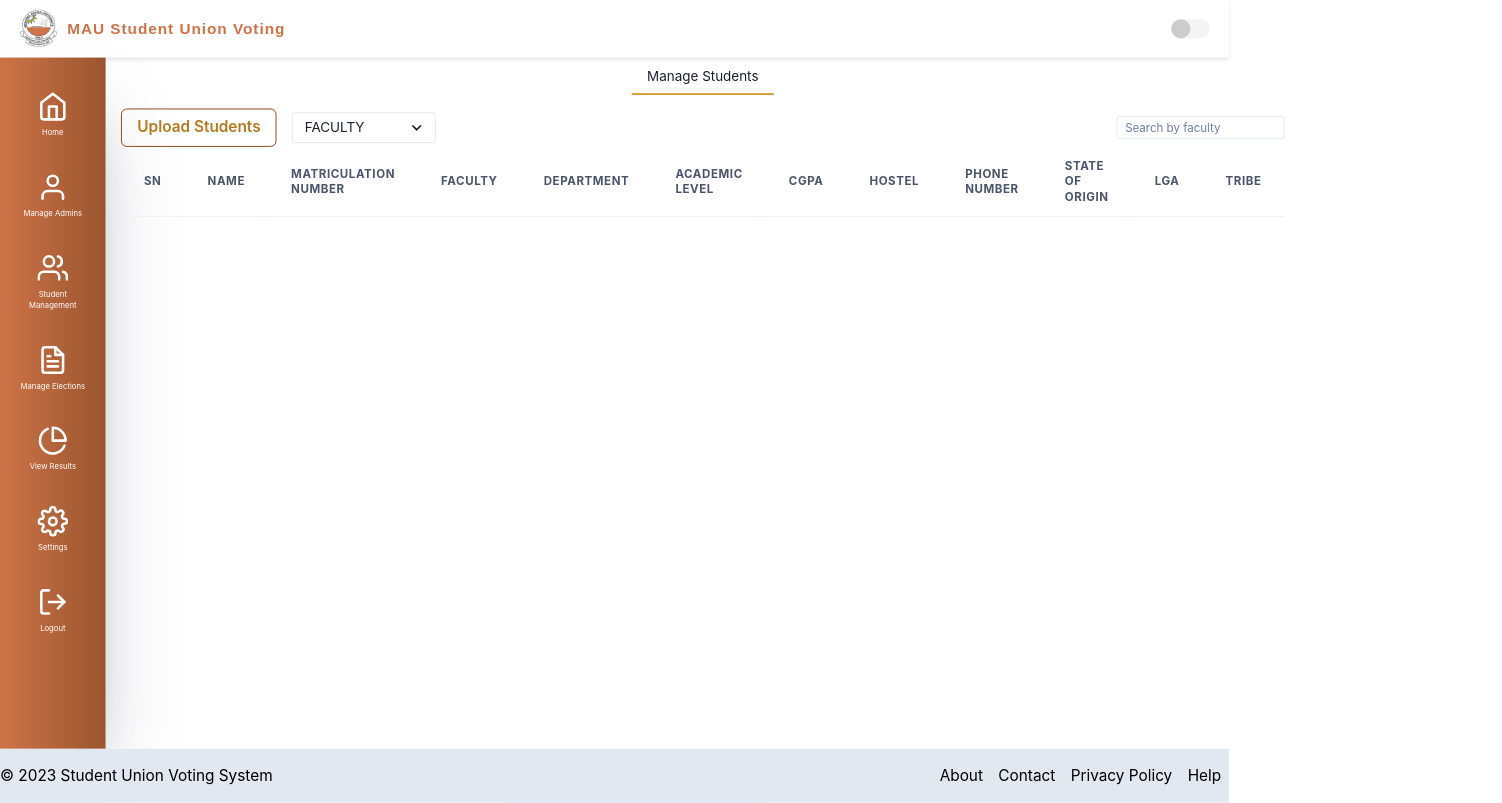
Repository: joena1o/e-vote
Page: /admin-dashboard/student-management
These files come from the project's save history. The page is drawn as it stood at one moment and after the next save; the edit follows.
The browser window is 1280 px wide. The page is 1354 px wide, then 1565 px, so the pictures cover 1565 px, including what lies to the right of the window. The pictures show the whole page, at 96% of full size.
The project was rebuilt for these pictures with package versions that can differ from the ones it lists, and the page was loaded fresh each time. Also part of the build but not shown: src/components/EnhancedLogin.js, src/components/maincontent/RegisterStudents/RegisterStudents.js, src/components/maincontent/ElectionResults/ViewResults.js, src/components/maincontent/ElectionResults/report.js, src/components/maincontent/ElectionResults/ViewElectionResults.js, src/components/maincontent/Settings/Settings.js, src/api/index.js, src/components/maincontent/home/Home.styles.js and 21 more.

Above is the page before, as saved 2023-12-13 12:55:53.

### src/index.js
import React from 'react';
import ReactDOM from 'react-dom/client';
import './index.css';
import App from './App';
import reportWebVitals from './reportWebVitals';
import Modal from 'react-modal';

// Set the app element for the modal for accessibility purposes
Modal.setAppElement('#root');

const root = ReactDOM.createRoot(document.getElementById('root'));
root.render(
  <React.StrictMode>
    <App />
  </React.StrictMode>
);

// If you want to start measuring performance in your app, pass a function
// to log results (for example: reportWebVitals(console.log))
// or send to an analytics endpoint. Learn more: https://bit.ly/CRA-vitals
reportWebVitals();

### src/App.js
import React from 'react';
import { BrowserRouter as Router, Routes, Route, Navigate } from 'react-router-dom';
import EnhancedLogin from './components/EnhancedLogin';
import AdminDashboard from './components/AdminDashboard';
import StudentDashboard from './components/StudentDashboard';
import { ChakraProvider, ColorModeProvider, Button, useColorMode } from '@chakra-ui/react';
import { Provider } from 'react-redux';
import store from './Redux/store';
import ElectionCommitteeDashboard from './components/maincontent/ElectionCommitteeDashboard';


// Component to toggle dark mode
function DarkModeToggle() {
  const { colorMode, toggleColorMode } = useColorMode();
  return (
    <Button onClick={toggleColorMode} position="fixed" m={4} zIndex={10}>
      Toggle {colorMode === 'light' ? 'Dark' : 'Light'}
    </Button>
  );
}

function App() {
  // Check if the current route is not the "/login" route, then render the DarkModeToggle
  // const isLoginPage = window.location.pathname === '/login';

  return (
    <Provider store={store}>
      <ChakraProvider>
        <ColorModeProvider options={{ useSystemColorMode: true }}>
          <Router>
            <Routes>
              {/* Define your routes */}
              <Route path="/login" element={<EnhancedLogin />} />
              <Route path="/admin-dashboard/*" element={<AdminDashboard />} />
              <Route path="/ElectionCommittee-dashboard/*" element={<ElectionCommitteeDashboard />} />
              <Route path='/student-dashboard/*' element={<StudentDashboard />} />
              {/* Redirect root to /admin-dashboard */}
              <Route path="/" element={<Navigate to="/admin-dashboard" replace />} />
            </Routes>
          </Router>
          {/* Render DarkModeToggle only if not on the "/login" page */}
          {/* {!isLoginPage && <DarkModeToggle />} */}
        </ColorModeProvider>
      </ChakraProvider>
    </Provider>
  );
}

export default App;

### src/components/AdminDashboard.js
// AdminDashboard.js
import React from 'react';
import { Routes, Route } from 'react-router-dom';
import StudentManagement from './maincontent/RegisterStudents/StudentManagement';
import ViewResults from './maincontent/ElectionResults/ViewElectionResults';
import Settings from './maincontent/Settings/Settings';
import Home from './maincontent/home/Home';
import ManageAdmin from './maincontent/ManageAdmins/ManageAdmins';
import ManageElections from './maincontent/ManageElections/ManageElections';
import Sidebar from './Sidebar';
import Navbar from './Navbar';
import Footer from './Footer';// Import the Footer component
import styled from 'styled-components';
import ElectionVotesLog from './maincontent/ElectionResults/report';


const Container = styled.div`
  display: flex;
  flex-direction: column;
  height: 100vh;
  width: 100%;
`;

const Content = styled.div`
  display: flex;
  flex: 1;
`;

const AdminDashboard = () => {
  return (
    <Container>
      <Navbar />
      <Content>
        <Sidebar />
        <Routes>
          <Route index element={<Home />} />
          <Route path="student-management" element={<StudentManagement />} />
          <Route path="view-results" element={<ViewResults />} />
          <Route path="settings" element={<Settings />} />
          <Route path="manage-admin" element={<ManageAdmin />} />
          <Route path="manage-elections" element={<ManageElections />} />
          <Route path="election-Results" element={<ElectionVotesLog />} />
        </Routes>
      </Content>
      <Footer />
    </Container>
  );
};

export default AdminDashboard;

### src/Redux/store.js
import { configureStore } from '@reduxjs/toolkit';
import electionReducer from './electionSlice';
import studentsReducer from './studentsSlice';
import candidatesReducer from './CandidateSlice'; // Import the candidates reducer

const store = configureStore({
  reducer: {
    elections: electionReducer,
    students: studentsReducer,
    candidates: candidatesReducer, // Add the candidates reducer here
  },
});

export default store;

### src/components/maincontent/RegisterStudents/StudentManagement.js
import React, { useState } from 'react';
import { Tabs, TabList, TabPanels, Tab, TabPanel, Box, Flex, Heading } from '@chakra-ui/react';
import ManageStudents from './ManageStudents';
import RegisterStudents from './RegisterStudents';

const StudentManagement = () => {
  const [activeTab, setActiveTab] = useState(0);

  const handleTabChange = (index) => {
    setActiveTab(index);
  };

  return (
    <Flex direction="column" align="center" w="100%" h="100vh"> {/* Set height to 100vh for full screen */}

      <Box w="100%" maxW="100%">
        <Tabs index={activeTab} onChange={handleTabChange} isLazy>
          <TabList display="flex" justifyContent="center" mx="auto" borderBottom="none">
            <Tab fontSize="sm" px={4} py={2} _selected={{ borderBottom: '2px solid', borderColor: 'yellow.500' }}>
              Manage Students
            </Tab>

          </TabList>
          <TabPanels>
            <TabPanel>
              <ManageStudents />
            </TabPanel>

          </TabPanels>
        </Tabs>
      </Box>
    </Flex>
  );
};

export default StudentManagement;

### src/components/Navbar.js
import React from 'react';
import styled, { createGlobalStyle } from 'styled-components';
import logo from '../assets/school_logo.jpg';
import { useColorMode } from '@chakra-ui/react';

const GlobalStyle = createGlobalStyle`
  body {
    background-color: ${props => (props.theme === 'dark' ? '#333' : '#fff')};
    color: ${props => (props.theme === 'dark' ? '#fff' : '#000')}; // Set other component texts to black in light mode
  }
`;

const Header = styled.header`
  background: ${props => (props.theme === 'dark' ? '#333' : '#fff')};
  color: ${props => (props.theme === 'dark' ? '#fff' : '#ce7348')}; // Set navbar text to brown in light mode
  padding: 10px 20px;
  display: flex;
  align-items: center;
  justify-content: flex-start;
  box-shadow: 0px 2px 4px rgba(0, 0, 0, 0.1);
  font-family: 'Poppins', sans-serif;
`;


const Logo = styled.img`
  width: 40px;
  height: 40px;
  border-radius: 20px;
  margin-right: 10px;
`;

const Title = styled.h1`
  margin: 0;
  padding: 0;
  font-size: 1rem;
  font-weight: 600;
  letter-spacing: 1px;
`;

const ToggleSlider = styled.label`
  display: flex;
  align-items: center;
  cursor: pointer;
  margin-left: auto;
`;

const SliderInput = styled.input.attrs({ type: 'checkbox' })`
  display: none;
`;

const Slider = styled.div`
  width: 40px;
  height: 20px;
  background-color: ${props => (props.theme === 'dark' ? '#333' : '#f4f4f4')};
  border-radius: 20px;
  position: relative;
  transition: background-color 0.3s ease;
  cursor: pointer;

  &::after {
    content: '';
    width: 20px;
    height: 20px;
    border-radius: 50%;
    background-color: ${props => (props.theme === 'dark' ? '#fff' : '#ccc')};
    position: absolute;
    top: 50%;
    transform: translateY(-50%);
    left: ${props => (props.theme === 'dark' ? '20px' : '0')};
    transition: left 0.3s ease;
  }
`;

function Navbar() {
  const { colorMode, toggleColorMode } = useColorMode();

  return (
    <>
      <GlobalStyle theme={colorMode} />
      <Header theme={colorMode}>
        <Logo src={logo} alt="University Logo" />
        <Title>MAU Student Union Voting</Title>
        <ToggleSlider>
          <SliderInput type="checkbox" onChange={toggleColorMode} />
          <Slider theme={colorMode} />
        </ToggleSlider>
      </Header>
    </>
  );
}

export default Navbar;

### src/components/Footer.js
import React from 'react';
import { Box, Flex, Text, Link } from '@chakra-ui/react';

const Footer = ({ colorMode }) => {
  const handleDownloadDocumentation = () => {

    const pdfUrl = '/path/to/your/documentation.pdf';

    //  anchor element that triggers  download
    const link = document.createElement('a');
    link.href = pdfUrl;
    link.download = 'documentation.pdf';
    link.click();
  };

    return (
      <Box as="footer" mt="auto" py={4} bg={colorMode === 'dark' ? 'gray.800' : 'gray.200'} color={colorMode === 'dark' ? 'white' : 'black'}>
        <Flex justify="space-between" align="center">
          <Text>&copy; 2023 Student Union Voting System</Text>
          <Flex>
            <Link mx={2} href="#about">
              About
            </Link>
            <Link mx={2} href="#contact">
              Contact
            </Link>
            <Link mx={2} href="#privacy">
              Privacy Policy
            </Link>
            <Link mx={2} onClick={handleDownloadDocumentation}>
              Help
            </Link>
          </Flex>
        </Flex>
      </Box>
    );
  };

  export default Footer;

### src/Redux/electionSlice.js
/*import { createSlice, createAsyncThunk } from '@reduxjs/toolkit';
import { API, graphqlOperation } from 'aws-amplify';
import { createElection as createElectionAPI } from '../graphql/mutations';

export const createElection = createAsyncThunk(
  'elections/createElection',
  async (election, { rejectWithValue }) => {
    try {
      const result = await API.graphql(graphqlOperation(createElectionAPI, { input: election }));
      return result.data.createElection;
    } catch (error) {
      return rejectWithValue(error);
    }
  }
);

const electionSlice = createSlice({
  name: 'elections',
  initialState: [],
  reducers: {},
  extraReducers: (builder) => {
    builder.addCase(createElection.fulfilled, (state, action) => {
      state.push(action.payload);
    });
  },
});

export default electionSlice.reducer;
*/

### src/Redux/studentsSlice.js
import { createSlice } from '@reduxjs/toolkit';

export const studentsSlice = createSlice({
  name: 'students',
  initialState: [],
  reducers: {
    addStudents: (state, action) => {
      // Add students to the Redux store
      action.payload.forEach(student => {
        state.push(student);
      });
    },
  },
});

export const { addStudents } = studentsSlice.actions;

export default studentsSlice.reducer;

### src/Redux/CandidateSlice.js

import { createSlice } from '@reduxjs/toolkit';

export const candidatesSlice = createSlice({
  name: 'candidates',
  initialState: [],
  reducers: {
    setCandidates: (state, action) => {
      return action.payload;
    },
  },
});

export const { setCandidates } = candidatesSlice.actions;
export default candidatesSlice.reducer;

### src/components/maincontent/RegisterStudents/ManageStudents.js
import React, { useEffect, useState } from 'react';
import { API } from 'aws-amplify';
import {
  Box,
  Table,
  Thead,
  Tbody,
  Tr,
  Th,
  Td,
  Input,
  useColorMode,
  Modal,
  ModalOverlay,
  ModalContent,
  ModalHeader,
  ModalFooter,
  ModalBody,
  ModalCloseButton,
  VStack,
  HStack,
  Button,
  ChakraProvider,
  SimpleGrid,
  Flex,
  Select,
} from '@chakra-ui/react';
import { FiEye } from 'react-icons/fi';
import { toast } from 'react-toastify';
import 'react-toastify/dist/ReactToastify.css';

const ManageStudents = () => {
  const [students, setStudents] = useState([]);
  const [filteredStudents, setFilteredStudents] = useState([]);
  const [searchTerm, setSearchTerm] = useState('');
  const [sortField, setSortField] = useState(null);
  const [isModalOpen, setIsModalOpen] = useState(false);
  const [selectedFile, setSelectedFile] = useState(null);
  const [currentPage, setCurrentPage] = useState(1);
  const [studentsPerPage] = useState(5);
  const [selectedFilterField, setSelectedFilterField] = useState('FACULTY');
  const [columnFilters, setColumnFilters] = useState({});

  const { colorMode } = useColorMode();

  const mockStudents = [
    // ... (your mock data)
  ];

  const handleFileSelect = (e) => {
    const file = e.target.files[0];
    setSelectedFile(file);
  };

  const handleUpload = () => {
    if (!selectedFile) {
      toast.error('Please select a file before uploading.');
      return;
    }

    // Your file upload logic here

    toast.info('Students registered successfully!', { autoClose: 3000 });
  };

  useEffect(() => {
    const fetchStudents = async () => {
      try {
        // Replace 'yourApiName' and '/path-to-your-endpoint' with your actual API information
        const apiData = await API.get('yourApiName', '/path-to-your-endpoint');
        setStudents(apiData.students);
        setFilteredStudents(apiData.students);
      } catch (error) {
        console.error('Error fetching students:', error);
        toast.error('Failed to fetch students. Please try again.');
      }
    };

    // Uncomment the line below to fetch real data from the API
    // fetchStudents();

    setStudents(mockStudents);
    setFilteredStudents(mockStudents);
  }, []);

  useEffect(() => {
    const results = students.filter((student) =>
      Object.values(student).some((value) =>
        value.toString().toLowerCase().includes(searchTerm.toLowerCase())
      )
    );
    if (!results.length) {
      toast.info('No students found.');
    }
    setFilteredStudents(results);
  }, [searchTerm, students]);

  const handleSort = (field) => {
    const sorted = [...filteredStudents].sort((a, b) =>
      a[field].toString().toLowerCase() > b[field].toString().toLowerCase() ? 1 : -1
    );
    setFilteredStudents(sorted);
    setSortField(field);
    toast.info(`Sorted by ${field}.`);
  };

  const openModal = () => {
    setIsModalOpen(true);
  };

  const closeModal = () => {
    setIsModalOpen(false);
  };

  const indexOfLastStudent = currentPage * studentsPerPage;
  const indexOfFirstStudent = indexOfLastStudent - studentsPerPage;
  const currentStudents = filteredStudents.slice(indexOfFirstStudent, indexOfLastStudent);

  const paginate = (pageNumber) => setCurrentPage(pageNumber);

  const filterStudentsByFilter = () => {
    let result = [...filteredStudents];

    if (selectedFilterField !== 'All' && columnFilters[selectedFilterField]) {
      result = result.filter((student) =>
        student[selectedFilterField]
          .toLowerCase()
          .includes(columnFilters[selectedFilterField].toLowerCase())
      );
    }

    return result;
  };

  const handleFilterFieldSelect = (field) => {
    setSelectedFilterField(field);
  };

  return (
    <ChakraProvider>
      <Box>
        <HStack spacing={2} align="center" w="100">
          <Input
            type="file"
            accept=".csv"
            display="none"
            onChange={handleFileSelect}
            id="file-upload-input"
          />
          <label htmlFor="file-upload-input">
            <Button
              as="span"
              colorScheme="yellow"
              variant="ghost"
              border="1px solid #8B4513"
              onClick={handleUpload}
              cursor="pointer"
            >
              Upload Students
            </Button>
          </label>

          {/* Filter Dropdown by Field */}
          <Select
            placeholder="Filter by Field"
            value={selectedFilterField}
            onChange={(e) => handleFilterFieldSelect(e.target.value)}
            size="sm"
            ml="2"
            maxWidth="150px"
          >
            <option value="FACULTY">FACULTY</option>
            <option value="DEPARTMENT">DEPARTMENT</option>
            <option value="level">ACADEMIC LEVEL</option>
            <option value="cgpa">CGPA</option>
            <option value="hostel">HOSTEL</option>
            <option value="phone">PHONE NUMBER</option>
            <option value="stateOfOrigin">STATE OF ORIGIN</option>
            <option value="lga">LGA</option>
            <option value="tribe">TRIBE</option>
          </Select>

          {/* Input for search term */}
          <Flex justifyContent="flex-end" flex="1">
            <Input
              type="text"
              placeholder={`Search by ${selectedFilterField.toLowerCase()}`}
              value={searchTerm}
              onChange={(e) => setSearchTerm(e.target.value)}
              size="xs"
              ml="2"
              w="20%"
            />
          </Flex>
        </HStack>

        {/* Table for displaying students */}
        <Table variant="simple" fontFamily="body">
          <Thead>
            <Tr>
              <Th>SN</Th>
              <Th onClick={() => handleSort('name')}>Name</Th>
              <Th onClick={() => handleSort('matriculationNumber')}>Matriculation Number</Th>
              <Th onClick={() => handleSort('faculty')}>Faculty</Th>
              <Th onClick={() => handleSort('department')}>Department</Th>
              <Th onClick={() => handleSort('level')}>Academic Level</Th>
              <Th onClick={() => handleSort('cgpa')}>CGPA</Th>
              <Th onClick={() => handleSort('hostel')}>Hostel</Th>
              <Th onClick={() => handleSort('phone')}>Phone Number</Th>
              <Th onClick={() => handleSort('stateOfOrigin')}>State of Origin</Th>
              <Th onClick={() => handleSort('lga')}>LGA</Th>
              <Th onClick={() => handleSort('tribe')}>Tribe</Th>
            </Tr>
          </Thead>

          <Tbody>
            {filterStudentsByFilter().map((student, index) => (
              <Tr key={student.id}>
                <Td>{indexOfFirstStudent + index + 1}</Td>
                <Td>{student.name}</Td>
                <Td>{student.matriculationNumber}</Td>
                <Td>{student.faculty}</Td>
                <Td>{student.department}</Td>
                <Td>{student.level}</Td>
                <Td>{student.cgpa}</Td>
                <Td>{student.hostel}</Td>
                <Td>{student.phone}</Td>
                <Td>{student.stateOfOrigin}</Td>
                <Td>{student.lga}</Td>
                <Td>{student.tribe}</Td>
              </Tr>
            ))}
          </Tbody>
        </Table>

        <VStack mt={4}>
          <SimpleGrid columns={Math.ceil(filterStudentsByFilter().length / studentsPerPage)}>
            {Array.from(
              { length: Math.ceil(filterStudentsByFilter().length / studentsPerPage) },
              (_, index) => (
                <Button key={index} onClick={() => paginate(index + 1)}>
                  {index + 1}
                </Button>
              )
            )}
          </SimpleGrid>
        </VStack>

        <Modal isOpen={isModalOpen} onClose={closeModal} size="md">
          <ModalOverlay />
          <ModalContent>
            <ModalHeader>Manage Students</ModalHeader>
            <ModalCloseButton />
            <ModalBody>
              <VStack spacing={4}>
                <Box>
                  <h3>Student Details</h3>
                  {/* Include student details here */}
                </Box>
                <Box>
                  <h3>Actions</h3>
                  <Button colorScheme="blue" mr={3}>
                    Edit
                  </Button>
                  <Button colorScheme="red">Delete</Button>
                </Box>
              </VStack>
            </ModalBody>
            <ModalFooter>
              <Button colorScheme="yellow" onClick={closeModal}>
                Close
              </Button>
            </ModalFooter>
          </ModalContent>
        </Modal>
      </Box>
    </ChakraProvider>
  );
};

export default ManageStudents;

Loaded but not shown: public/index.html (common file); src/index.css (common file); src/reportWebVitals.js (common file); src/components/Sidebar.js (130 lines, source omitted)

After the next save:
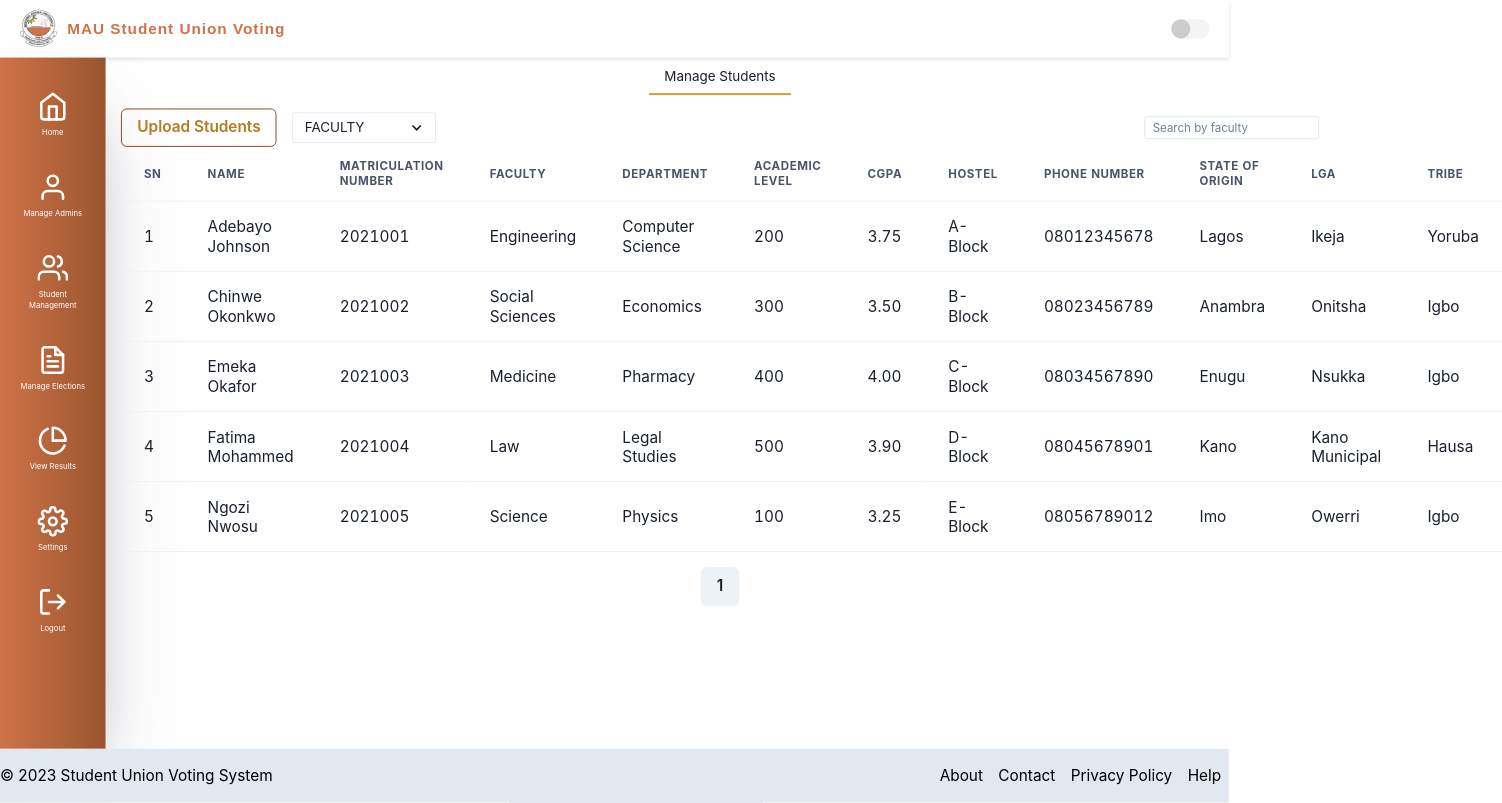
Saved 2 min 26 s later.
--- a/src/components/maincontent/RegisterStudents/ManageStudents.js
+++ b/src/components/maincontent/RegisterStudents/ManageStudents.js
@@ -44,8 +44,78 @@ const ManageStudents = () => {
   const { colorMode } = useColorMode();
 
   const mockStudents = [
-    // ... (your mock data)
+    {
+      id: 1,
+      name: 'Adebayo Johnson',
+      matriculationNumber: '2021001',
+      faculty: 'Engineering',
+      department: 'Computer Science',
+      level: '200',
+      cgpa: '3.75',
+      hostel: 'A-Block',
+      phone: '08012345678',
+      stateOfOrigin: 'Lagos',
+      lga: 'Ikeja',
+      tribe: 'Yoruba',
+    },
+    {
+      id: 2,
+      name: 'Chinwe Okonkwo',
+      matriculationNumber: '2021002',
+      faculty: 'Social Sciences',
+      department: 'Economics',
+      level: '300',
+      cgpa: '3.50',
+      hostel: 'B-Block',
+      phone: '08023456789',
+      stateOfOrigin: 'Anambra',
+      lga: 'Onitsha',
+      tribe: 'Igbo',
+    },
+    {
+      id: 3,
+      name: 'Emeka Okafor',
+      matriculationNumber: '2021003',
+      faculty: 'Medicine',
+      department: 'Pharmacy',
+      level: '400',
+      cgpa: '4.00',
+      hostel: 'C-Block',
+      phone: '08034567890',
+      stateOfOrigin: 'Enugu',
+      lga: 'Nsukka',
+      tribe: 'Igbo',
+    },
+    {
+      id: 4,
+      name: 'Fatima Mohammed',
+      matriculationNumber: '2021004',
+      faculty: 'Law',
+      department: 'Legal Studies',
+      level: '500',
+      cgpa: '3.90',
+      hostel: 'D-Block',
+      phone: '08045678901',
+      stateOfOrigin: 'Kano',
+      lga: 'Kano Municipal',
+      tribe: 'Hausa',
+    },
+    {
+      id: 5,
+      name: 'Ngozi Nwosu',
+      matriculationNumber: '2021005',
+      faculty: 'Science',
+      department: 'Physics',
+      level: '100',
+      cgpa: '3.25',
+      hostel: 'E-Block',
+      phone: '08056789012',
+      stateOfOrigin: 'Imo',
+      lga: 'Owerri',
+      tribe: 'Igbo',
+    },
   ];
+
 
   const handleFileSelect = (e) => {
     const file = e.target.files[0];
